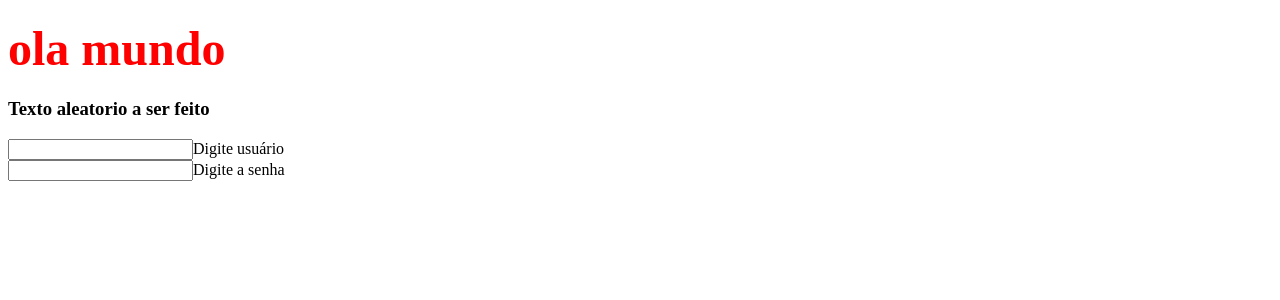
Repository: waanvieira/f21-jdbc-f21-jdbc-exer
Page: curso_java_web1/src/main/webapp/index.html
An editor plug-in stored every save of this project. The page is shown before and after the next save, followed by the edit.
The browser window is 1280 px wide. The pictures show the whole page.

Above is the page before, as saved 2019-02-18 03:54:07.

After the next save:
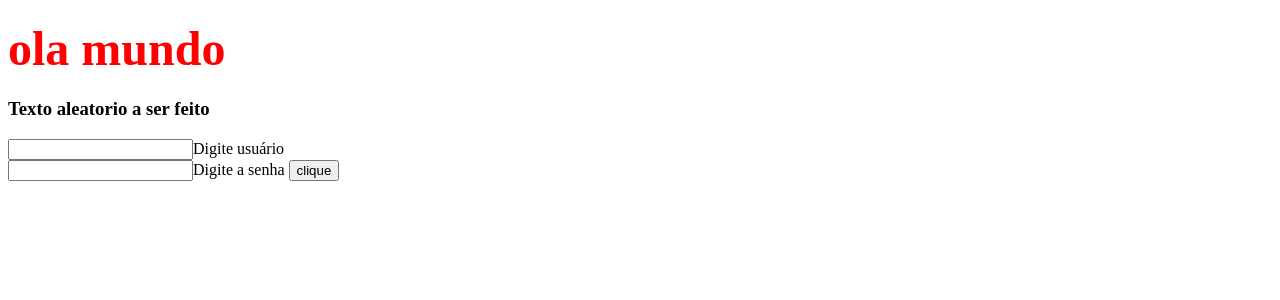
Saved 43 s later.
--- a/curso_java_web1/src/main/webapp/index.html
+++ b/curso_java_web1/src/main/webapp/index.html
@@ -10,6 +10,7 @@
 <form method="post" action="index2.html">
 <input type="text" name=variavel id=variavel>Digite usuário
 <br><input type="password" name=senha>Digite a senha
+<input type="button"  value=clique aqui>
 </form>
 </body>
 </html>
